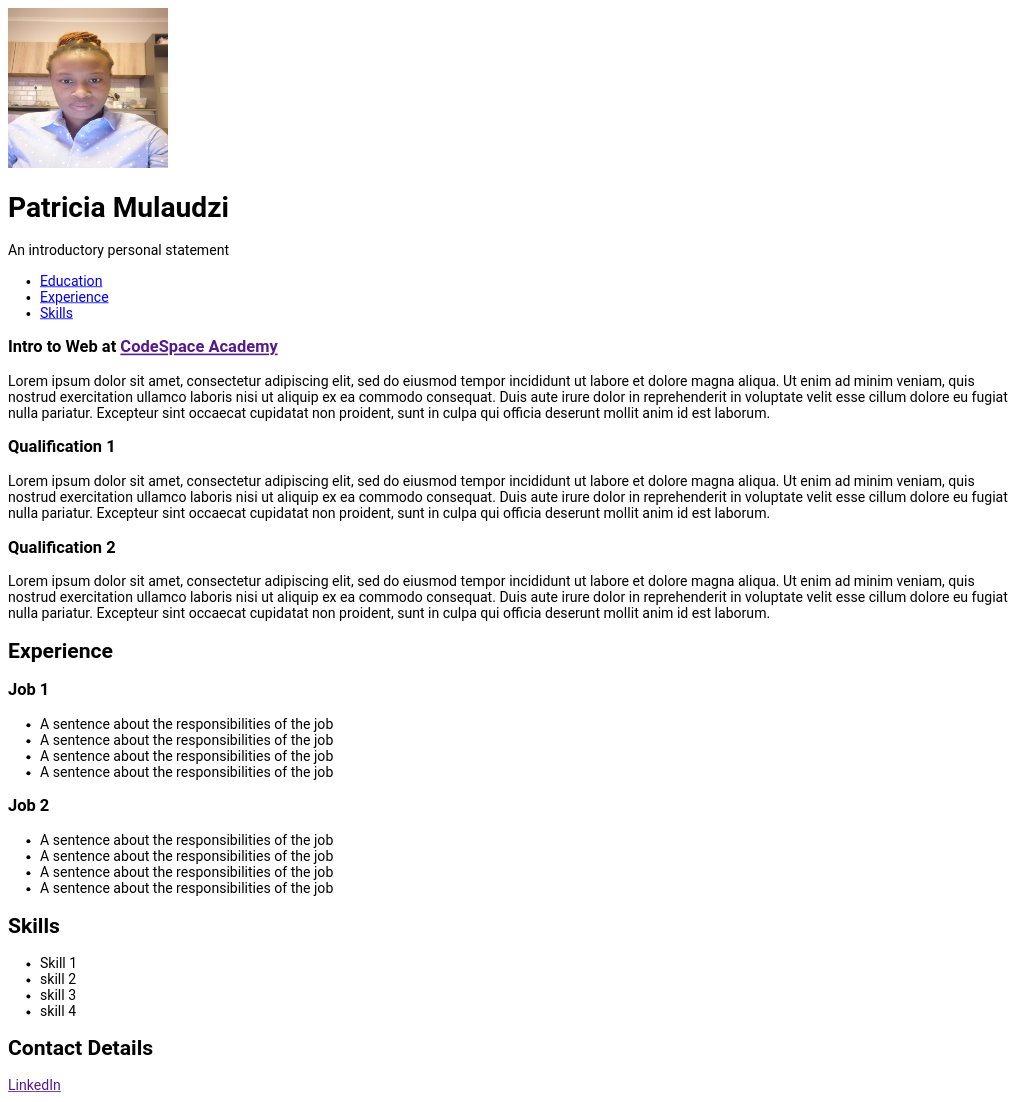
Repository: Patricious/Digital-Resume-01
Page: index.html
The author's editor kept a copy of each file at every save. The page is drawn from the files as they stood at one save, then again after the next save.
The browser window is 1280 px wide. The pictures show the whole page, at 80% of full size.

Above is the page before, as saved 2021-08-23 10:41:13.

### index.html
<!DOCTYPE html>
<html>

<head>
    <title>Patricia Digital Resume</title>
    <link rel="stylesheet" type="text/css" href="css/stylesheet.css">
</head>

<body>

    <header>
        <img src="img/IMG_20200502_085519.jpg" alt="profile" width="200" height="200" />
        <h1>Patricia Mulaudzi</h1>
        <p>An introductory personal statement</p>
    </header>
    <aside>

        <ul>
            <li>
                <a href="#education">Education</a>
            </li>
            <li>
                <a href="#experience">Experience</a>
            </li>
            <li>
                <a href="#skills">Skills</a>
            </li>

        </ul>
    </aside>
    <section>


        <article>

            <h3>Intro to Web at
                <a href=""> CodeSpace Academy</a>

            </h3>
            <p>Lorem ipsum dolor sit amet, consectetur adipiscing elit, sed do eiusmod tempor incididunt ut labore et dolore magna aliqua. Ut enim ad minim veniam, quis nostrud exercitation ullamco laboris nisi ut aliquip ex ea commodo consequat. Duis aute
                irure dolor in reprehenderit in voluptate velit esse cillum dolore eu fugiat nulla pariatur. Excepteur sint occaecat cupidatat non proident, sunt in culpa qui officia deserunt mollit anim id est laborum.</p>
            <h3>Qualification 1</h3>
            <p>Lorem ipsum dolor sit amet, consectetur adipiscing elit, sed do eiusmod tempor incididunt ut labore et dolore magna aliqua. Ut enim ad minim veniam, quis nostrud exercitation ullamco laboris nisi ut aliquip ex ea commodo consequat. Duis aute
                irure dolor in reprehenderit in voluptate velit esse cillum dolore eu fugiat nulla pariatur. Excepteur sint occaecat cupidatat non proident, sunt in culpa qui officia deserunt mollit anim id est laborum.</p>

            <h3>Qualification 2</h3>
            <p>Lorem ipsum dolor sit amet, consectetur adipiscing elit, sed do eiusmod tempor incididunt ut labore et dolore magna aliqua. Ut enim ad minim veniam, quis nostrud exercitation ullamco laboris nisi ut aliquip ex ea commodo consequat. Duis aute
                irure dolor in reprehenderit in voluptate velit esse cillum dolore eu fugiat nulla pariatur. Excepteur sint occaecat cupidatat non proident, sunt in culpa qui officia deserunt mollit anim id est laborum.</p>

            <h2 id="#experience">Experience</h2>
            <h3>Job 1</h3>
            <ul>
                <li>A sentence about the responsibilities of the job</li>
                <li>A sentence about the responsibilities of the job</li>
                <li>A sentence about the responsibilities of the job</li>
                <li>A sentence about the responsibilities of the job</li>
            </ul>

            <h3>Job 2</h3>
            <ul>
                <li>A sentence about the responsibilities of the job</li>
                <li>A sentence about the responsibilities of the job</li>
                <li>A sentence about the responsibilities of the job</li>
                <li>A sentence about the responsibilities of the job</li>
            </ul>

            <h2 id="#skills">Skills</h2>
            <ul>
                <li>Skill 1</li>
                <li> skill 2</li>
                <li> skill 3</li>
                <li> skill 4 </li>
            </ul>
        </article>
    </section>
    <footer>
        <h2 id="#contact">Contact Details</h2>
        <a href=""> LinkedIn</a>
    </footer>
</body>

</html>

### css/stylesheet.css
body {
    font-family: 'Roboto', sans-serif;
    font-size: 110%;
    background-color: #ffffff;
    margin: 10px;
}

After the next save:
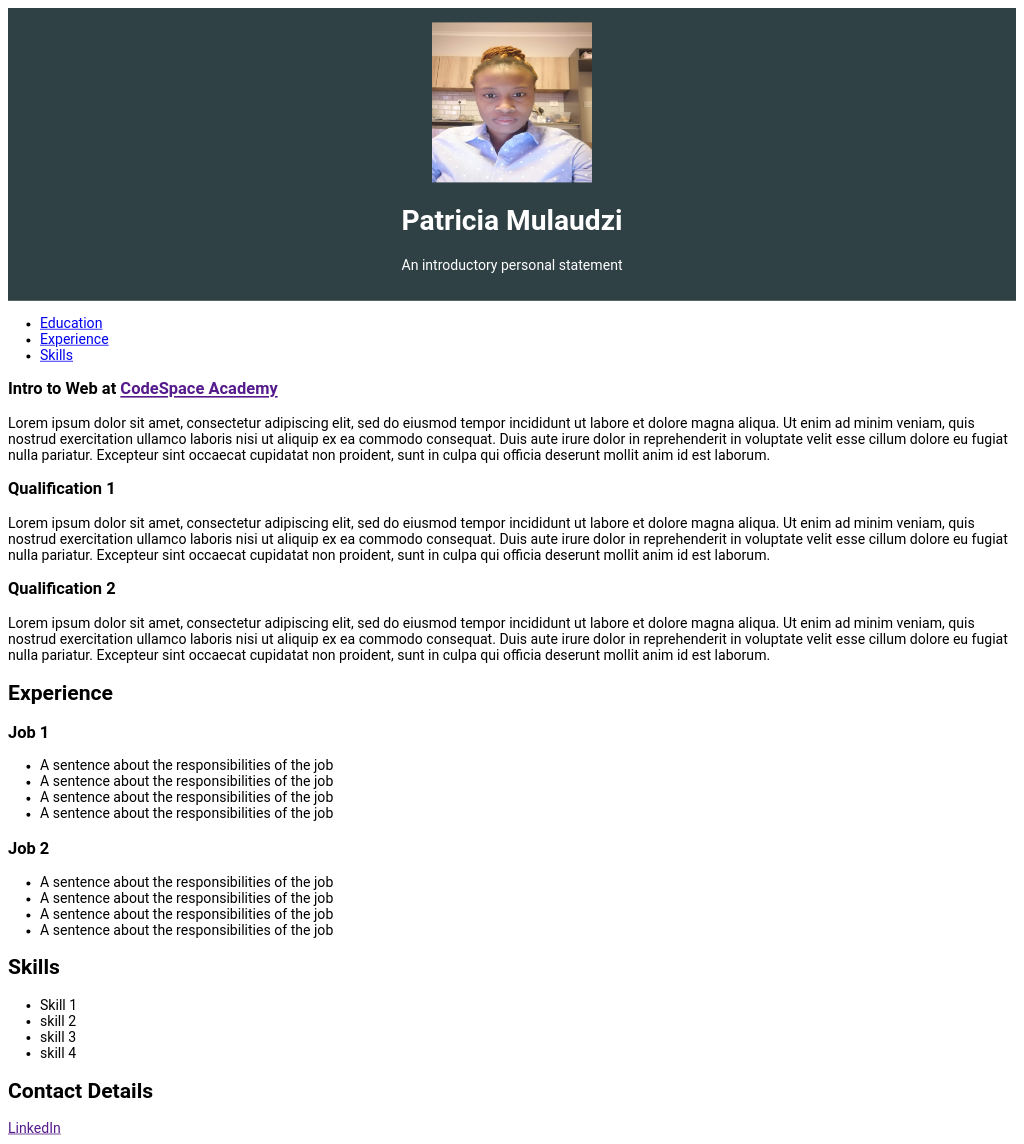
Saved 85 s later.
--- a/css/stylesheet.css
+++ b/css/stylesheet.css
@@ -4,3 +4,10 @@ body {
     background-color: #ffffff;
     margin: 10px;
 }
+
+header {
+    text-align: center;
+    background-color: #304145;
+    color: #ffffff;
+    padding: 1em;
+}
